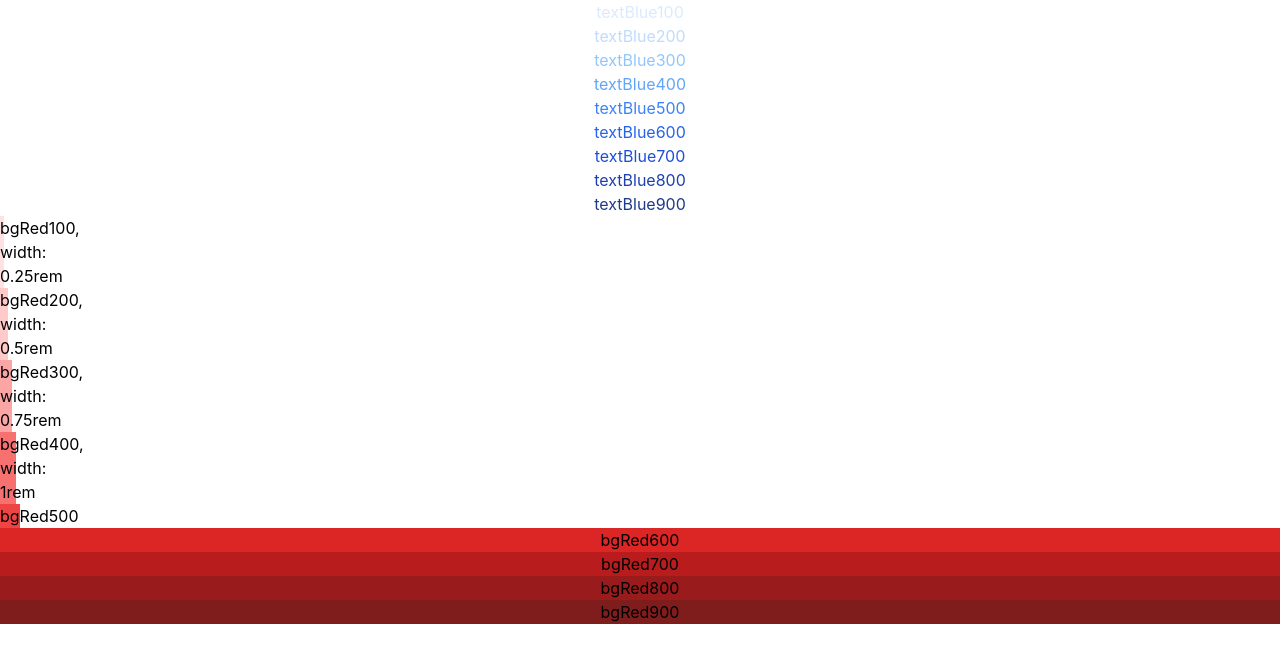
Repository: wogml3270/react-test-server
Page: /
These files come from the project's save history. The page is drawn as it stood at one moment and after the next save; the edit follows.
The browser window is 1280 px wide. The pictures show the whole page.
The project was rebuilt for these pictures with package versions that can differ from the ones it lists, and the page was loaded fresh each time. Also part of the build but not shown: src/App.css.

Above is the page before, as saved 2022-08-04 20:26:06.

### src/index.js
import React from 'react';
import ReactDOM from 'react-dom/client';
import './index.css';
import App from './App';
import reportWebVitals from './reportWebVitals';
import './tailwind.css';

const root = ReactDOM.createRoot(document.getElementById('root'));
root.render(
  <React.StrictMode>
    <App />
  </React.StrictMode>
);

// If you want to start measuring performance in your app, pass a function
// to log results (for example: reportWebVitals(console.log))
// or send to an analytics endpoint. Learn more: https://bit.ly/CRA-vitals
reportWebVitals();

### src/App.js

import './App.css';

function App() {
  return (
    <>
      <div className="text-center">
        <h1 className="text-blue-100">textBlue100</h1>
        <h1 className="text-blue-200">textBlue200</h1>
        <h1 className="text-blue-300">textBlue300</h1>
        <h1 className="text-blue-400">textBlue400</h1>
        <h1 className="text-blue-500">textBlue500</h1>
        <h1 className="text-blue-600">textBlue600</h1>
        <h1 className="text-blue-700">textBlue700</h1>
        <h1 className="text-blue-800">textBlue800</h1>
        <h1 className="text-blue-900">textBlue900</h1>

        <h1 className="bg-red-100 w-1">bgRed100, width: 0.25rem</h1>
        <h1 className="bg-red-200 w-2">bgRed200, width: 0.5rem</h1>
        <h1 className="bg-red-300 w-3">bgRed300, width: 0.75rem</h1>
        <h1 className="bg-red-400 w-4">bgRed400, width: 1rem</h1>
        <h1 className="bg-red-500 w-5">bgRed500</h1>
        <h1 className="bg-red-600">bgRed600</h1>
        <h1 className="bg-red-700">bgRed700</h1>
        <h1 className="bg-red-800">bgRed800</h1>
        <h1 className="bg-red-900">bgRed900</h1>
      </div>
    </>
  );
}

export default App;

### src/tailwind.css
/* src/tailwind.css */

@tailwind base;
@tailwind components;
@tailwind utilities;

### tailwind.config.js
// tailwindcss.config.js

module.exports = {
    content: ['./src/**/*.{js,jsx,ts,tsx}', './public/index.html'],
    theme: {
        extend: {},
    },
    plugins: [],
};

Loaded but not shown: public/index.html (common file); src/index.css (common file); src/reportWebVitals.js (common file)

After the next save:
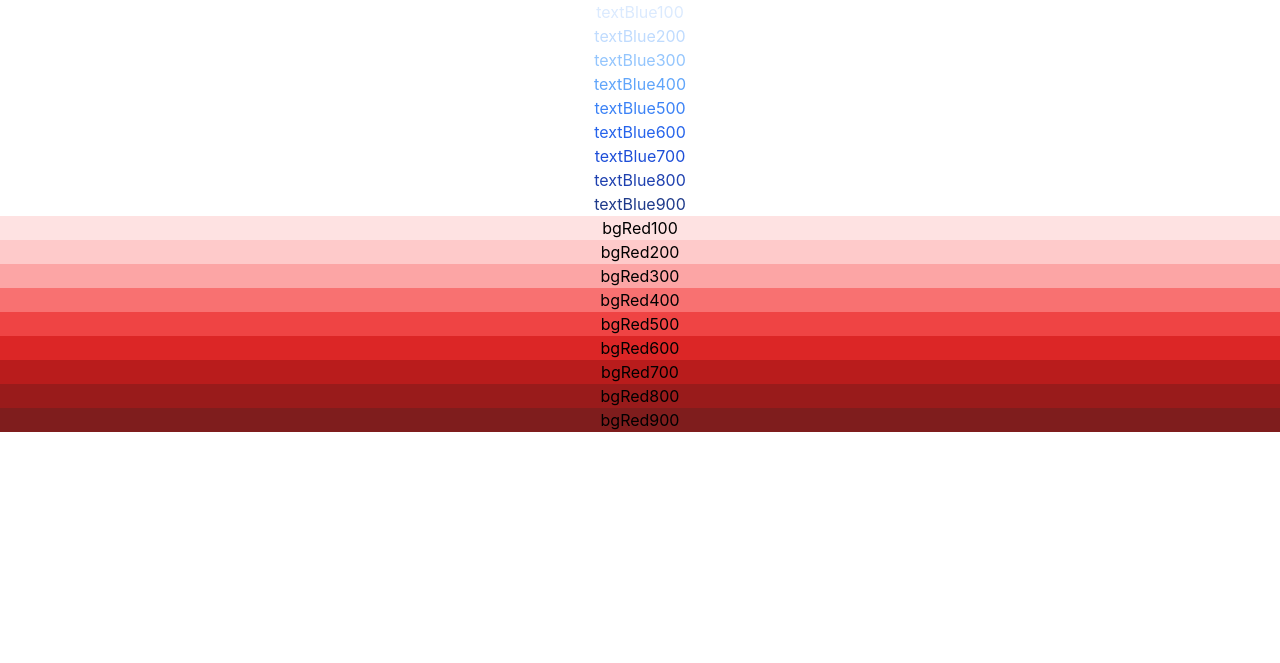
Saved 44 s later.
--- a/src/App.js
+++ b/src/App.js
@@ -15,11 +15,11 @@ function App() {
         <h1 className="text-blue-800">textBlue800</h1>
         <h1 className="text-blue-900">textBlue900</h1>
 
-        <h1 className="bg-red-100 w-1">bgRed100, width: 0.25rem</h1>
-        <h1 className="bg-red-200 w-2">bgRed200, width: 0.5rem</h1>
-        <h1 className="bg-red-300 w-3">bgRed300, width: 0.75rem</h1>
-        <h1 className="bg-red-400 w-4">bgRed400, width: 1rem</h1>
-        <h1 className="bg-red-500 w-5">bgRed500</h1>
+        <h1 className="bg-red-100">bgRed100</h1>
+        <h1 className="bg-red-200">bgRed200</h1>
+        <h1 className="bg-red-300">bgRed300</h1>
+        <h1 className="bg-red-400">bgRed400</h1>
+        <h1 className="bg-red-500">bgRed500</h1>
         <h1 className="bg-red-600">bgRed600</h1>
         <h1 className="bg-red-700">bgRed700</h1>
         <h1 className="bg-red-800">bgRed800</h1>
